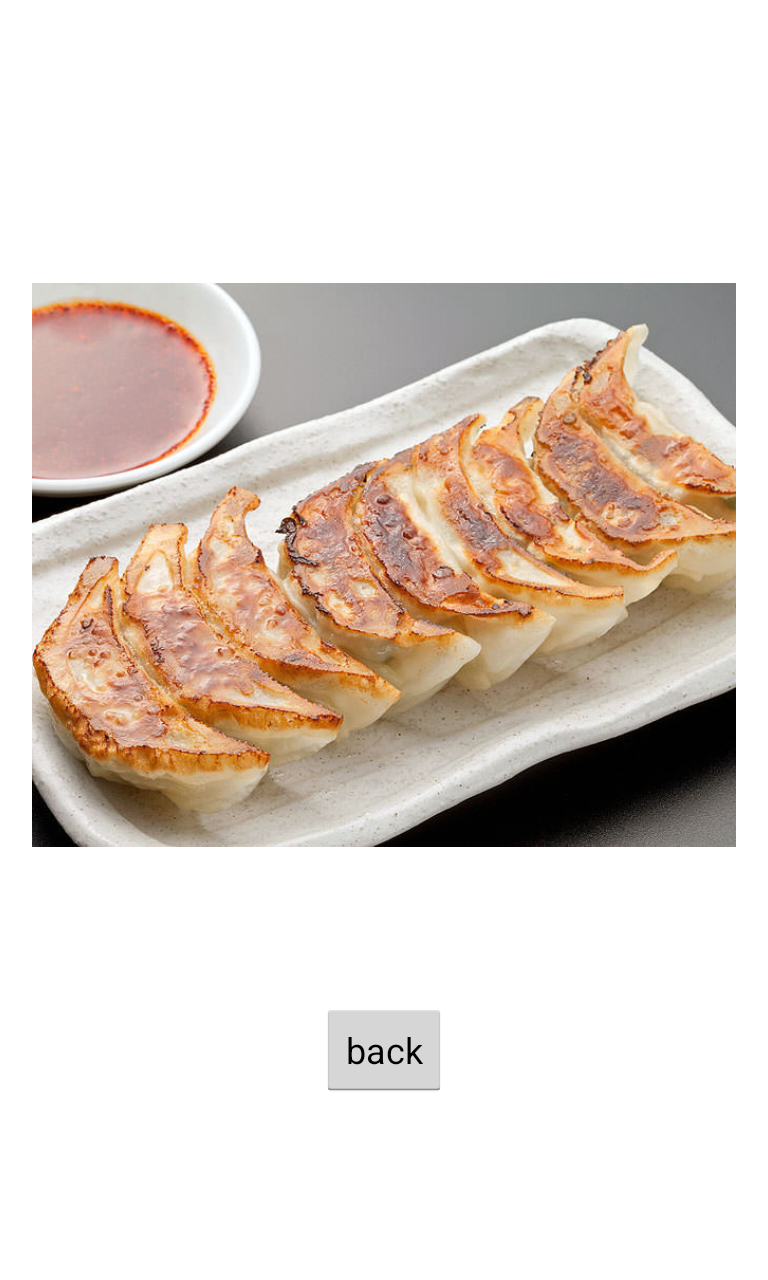
Repository: packn3/AlarmClock
Layout: alarm/Alarm/res/layout/activity_alarm.xml
The author's editor kept a copy of each file at every save. The layout is drawn from the files as they stood at one save, then again after the next save.
It is drawn on a 768 x 1280 px phone screen (xhdpi) without system bars, with theme AppTheme; the app's code is not run.

Above is the layout before, as saved 2013-12-22 12:51:25.

After the next save:
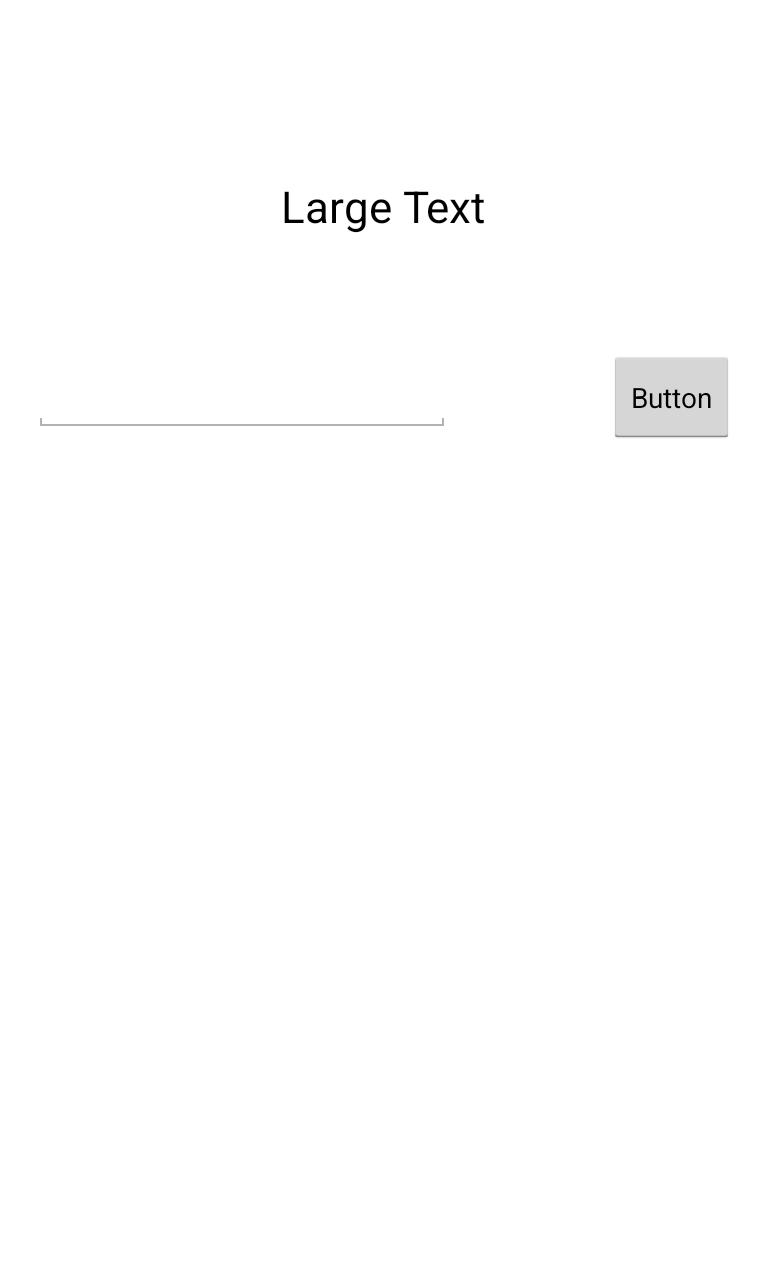
Saved 74 min 56 s later.
--- a/alarm/Alarm/res/layout/activity_alarm.xml
+++ b/alarm/Alarm/res/layout/activity_alarm.xml
@@ -8,20 +8,34 @@
     android:paddingTop="@dimen/activity_vertical_margin"
     tools:context=".Alarm" >
 
-    <Button
-        android:id="@+id/Backbnt"
-        android:layout_width="wrap_content"
-        android:layout_height="wrap_content"
-        android:layout_alignBottom="@+id/imageView1"
-        android:layout_centerHorizontal="true"
-        android:text="back" />
-
-    <ImageView
-        android:id="@+id/imageView1"
+    <TextView
+        android:id="@+id/textView1"
         android:layout_width="wrap_content"
         android:layout_height="wrap_content"
         android:layout_alignParentTop="true"
         android:layout_centerHorizontal="true"
-        android:src="@drawable/s_1001" />
+        android:layout_marginTop="72dp"
+        android:text="Large Text"
+        android:textAppearance="?android:attr/textAppearanceLarge" />
+
+    <EditText
+        android:id="@+id/editText1"
+        android:layout_width="wrap_content"
+        android:layout_height="wrap_content"
+        android:layout_alignParentLeft="true"
+        android:layout_below="@+id/textView1"
+        android:layout_marginTop="60dp"
+        android:ems="10"
+        android:inputType="number" />
+
+    <Button
+        android:id="@+id/button1"
+        style="?android:attr/buttonStyleSmall"
+        android:layout_width="wrap_content"
+        android:layout_height="wrap_content"
+        android:layout_alignBaseline="@+id/editText1"
+        android:layout_alignBottom="@+id/editText1"
+        android:layout_alignParentRight="true"
+        android:text="Button" />
 
 </RelativeLayout>
